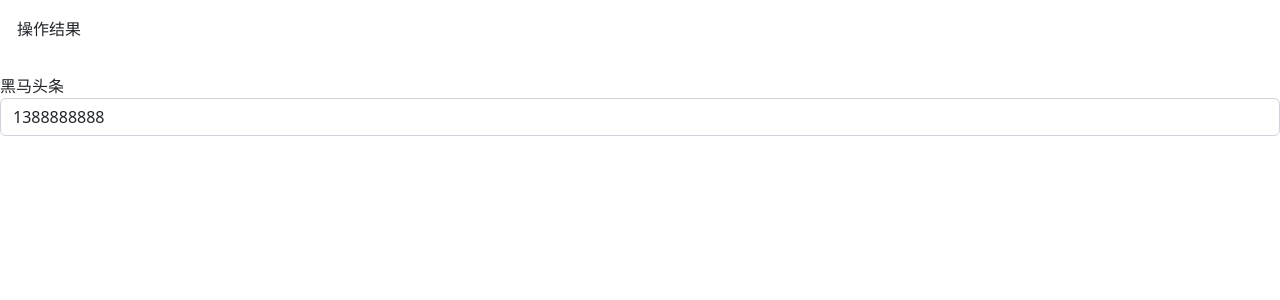
Repository: tangjieqin/heimaToaxios
Page: page/login/assets/index.html
An editor plug-in stored every save of this project. The page is shown before and after the next save, followed by the edit.
The browser window is 1280 px wide. The pictures show the whole page.

Above is the page before, as saved 2025-04-05 09:33:46.

### page/login/assets/index.html
<!DOCTYPE html>
<html lang="en">

<head>
    <meta charset="UTF-8">
    <meta http-equiv="X-UA-Compatible" content="IE=edge">
    <meta name="viewport" content="width=device-width, initial-scale=1.0">
    <link rel="stylesheet" href="https://cdn.bootcdn.net/ajax/libs/twitter-bootstrap/5.2.3/css/bootstrap.min.css">
    <!-- <link rel="stylesheet" href="./index.css"> -->
    <title>黑马头条-数据管理平台</title>
</head>

<body>
    <!-- 警告框 -->
    <div class="alert info-box">
        操作结果
    </div>
    <!-- 登录页面 -->
    <div class="login-wrap">
        <div class="title">黑马头条</div>
        <div>
            <form class="login-form">
                <div class="item">
                    <input type="text" class="form-control" name="mobile" placeholder="请输入手机号" value="1388888888">
                </div>
            </form>
        </div>

    </div>



</body>

</html>

After the next save:
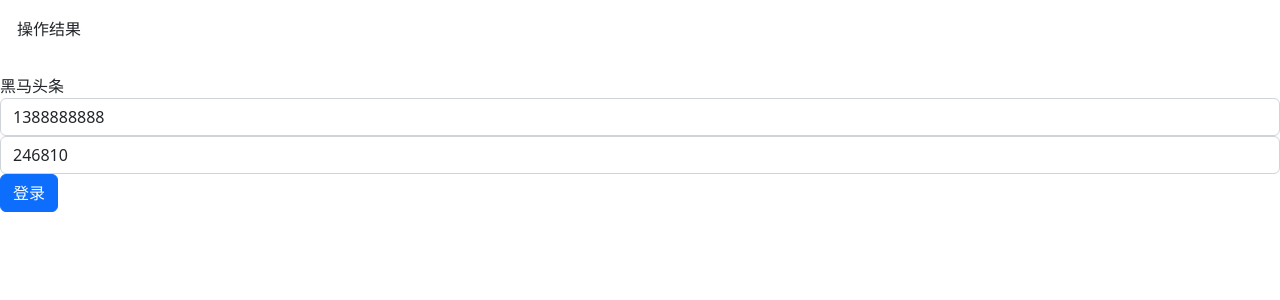
Saved 2 min 38 s later.
--- a/page/login/assets/index.html
+++ b/page/login/assets/index.html
@@ -23,6 +23,12 @@
                 <div class="item">
                     <input type="text" class="form-control" name="mobile" placeholder="请输入手机号" value="1388888888">
                 </div>
+                <div class="item">
+                    <input type="text" class="form-control" name="code" placeholder="默认验证码246810" value="246810">
+                </div>
+                <div class="item">
+                    <button type="button" class="btn btn-primary btn">登录</button>
+                </div>
             </form>
         </div>
 
